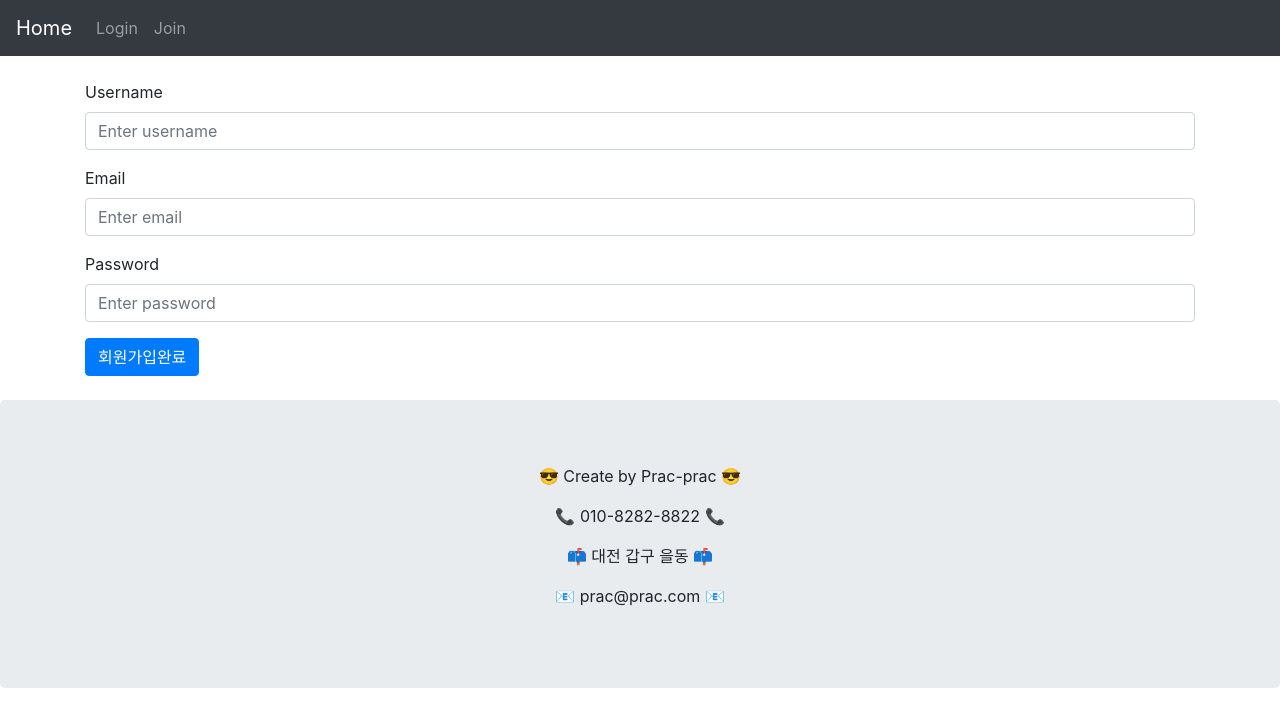
Repository: Prac-prac/Springboot-JPA-blog
Page: http://localhost/blog/WEB-INF/views/user/joinForm.jsp
These files come from the project's save history. The page is drawn as it stood at one moment and after the next save; the edit follows.
The browser window is 1280 px wide. The pictures show the whole page.
The page is served by Tomcat 9. Nobody is signed in. Other server files are loaded and not shown. The template is opened directly, without the code that normally fills it, so the values that code supplies are empty.

Above is the page before, as saved 2021-08-21 16:06:03.

### blog/src/main/webapp/WEB-INF/views/user/joinForm.jsp
<%@ page language="java" contentType="text/html; charset=utf-8" pageEncoding="utf-8"%>

<%@ include file="../layout/header.jsp"%>

<div class="container">
<!--	<form action="/user/join"  method="POST"> 옛날 방식. JS ajax 이용할 것. json으로 데이터 전송-->
	<form>
		<div class="form-group">
			<label for="username">Username</label> <input type="text" class="form-control" placeholder="Enter username" id="username">
		</div>
		<div class="form-group">
			<label for="email">Email</label> <input type="email" class="form-control" placeholder="Enter email" id="email">
		</div>
		<div class="form-group">
			<label for="pwd">Password</label> <input type="password" class="form-control" placeholder="Enter password" id="pwd">
		</div>
	</form>
	<!-- button form 안에 있으면 submit. 밖으로 빼준다 -->
		<button id="btn-save" class="btn btn-primary">회원가입완료</button>


</div>

<script src="../js/user.js"></script>

<%@ include file="../layout/footer.jsp"%>

### blog/src/main/webapp/WEB-INF/views/layout/header.jsp
<%@ page language="java" contentType="text/html; charset=utf-8" pageEncoding="utf-8"%>
<!DOCTYPE html>
<html lang="en">
<head>
<title>엔써 블로그</title>
<meta charset="utf-8">
<meta name="viewport" content="width=device-width, initial-scale=1">
<link rel="stylesheet" href="https://maxcdn.bootstrapcdn.com/bootstrap/4.5.2/css/bootstrap.min.css">
<script src="https://ajax.googleapis.com/ajax/libs/jquery/3.5.1/jquery.min.js"></script>
<script src="https://cdnjs.cloudflare.com/ajax/libs/popper.js/1.16.0/umd/popper.min.js"></script>
<script src="https://maxcdn.bootstrapcdn.com/bootstrap/4.5.2/js/bootstrap.min.js"></script>

</head>
<body>

	<nav class="navbar navbar-expand-md bg-dark navbar-dark">
		<a class="navbar-brand" href="/blog">Home</a>
		<button class="navbar-toggler" type="button" data-toggle="collapse" data-target="#collapsibleNavbar">
			<span class="navbar-toggler-icon"></span>
		</button>
		<div class="collapse navbar-collapse" id="collapsibleNavbar">
			<ul class="navbar-nav">
				<li class="nav-item"><a class="nav-link" href="/blog/user/loginForm">Login</a></li>
				<li class="nav-item"><a class="nav-link" href="/blog/user/joinForm">Join</a></li>
			</ul>
		</div>
	</nav>
	<br />

### blog/src/main/webapp/WEB-INF/views/layout/footer.jsp
<%@ page language="java" contentType="text/html; charset=utf-8" pageEncoding="utf-8"%>

<br />
<div class="jumbotron text-center" style="margin-bottom: 0">
	<p>😎&nbsp;Create by Prac-prac&nbsp;😎</p>
	<p>📞&nbsp;010-8282-8822&nbsp;📞</p>
	<p>📫&nbsp;대전 갑구 을동&nbsp;📫</p>
	<p>📧&nbsp;prac@prac.com&nbsp;📧</p>
</div>


</body>
</html>

### blog/src/main/resources/static/js/user.js
let index = {
	init: function(){
		$("#btn-save").on("click", ()=>{
			this.save();
		});
	},


	save: function(){
		//alert('user의 save함수 호출됨');
		//val 찾아서 data 오브젝트에 넣
		let data = {
			username: $("#username").val(),
			password: $("#pwd").val(),
			email: $("#email").val()

		}
	}
}

index.init();

After the next save:
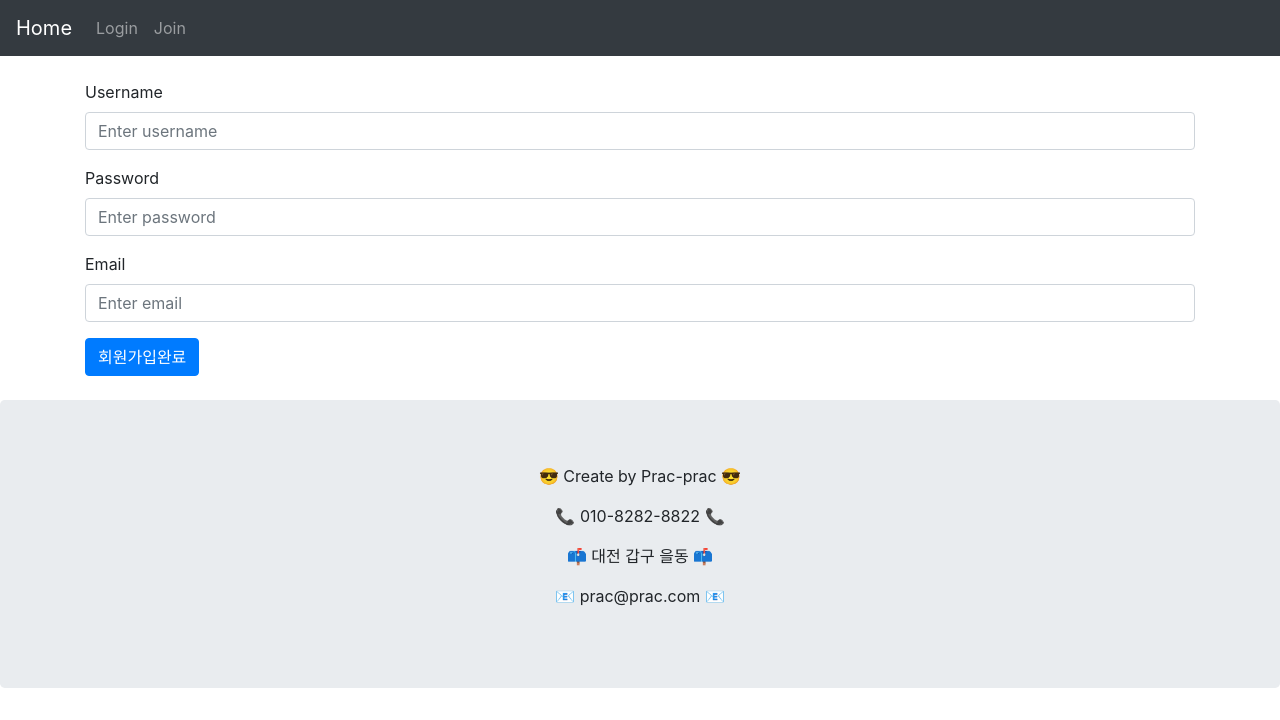
Saved 69 s later.
--- a/blog/src/main/webapp/WEB-INF/views/user/joinForm.jsp
+++ b/blog/src/main/webapp/WEB-INF/views/user/joinForm.jsp
@@ -9,10 +9,10 @@
 			<label for="username">Username</label> <input type="text" class="form-control" placeholder="Enter username" id="username">
 		</div>
 		<div class="form-group">
-			<label for="email">Email</label> <input type="email" class="form-control" placeholder="Enter email" id="email">
+			<label for="pwd">Password</label> <input type="password" class="form-control" placeholder="Enter password" id="pwd">
 		</div>
 		<div class="form-group">
-			<label for="pwd">Password</label> <input type="password" class="form-control" placeholder="Enter password" id="pwd">
+			<label for="email">Email</label> <input type="email" class="form-control" placeholder="Enter email" id="email">
 		</div>
 	</form>
 	<!-- button form 안에 있으면 submit. 밖으로 빼준다 -->
